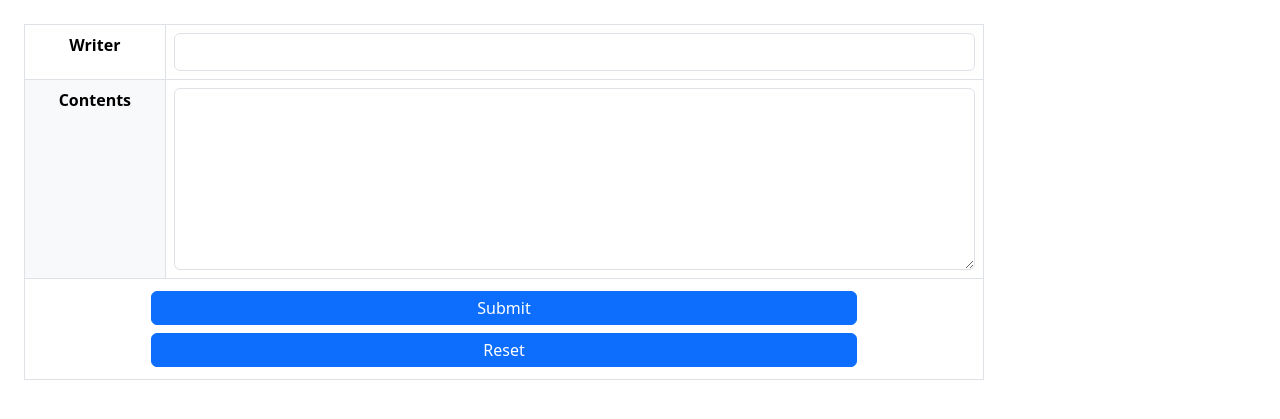
Repository: tomaters/servlets-JSP
Page: jsptest/src/main/webapp/bbs/write2.html
These files come from the project's save history. The page is drawn as it stood at one moment and after the next save; the edit follows.
The browser window is 1280 px wide. The pictures show the whole page.

Above is the page before, as saved 2023-11-29 05:59:06.

### jsptest/src/main/webapp/bbs/write2.html
<!DOCTYPE html>
<html>
<head>
<meta charset="UTF-8">
<title>Insert title here</title>
 <!-- import Bootstrap -->
    <link href="https://cdn.jsdelivr.net/npm/bootstrap@5.3.2/dist/css/bootstrap.min.css" rel="stylesheet">
    <script src="https://cdn.jsdelivr.net/npm/bootstrap@5.3.2/dist/js/bootstrap.bundle.min.js"></script>
</head>
<body>
<form method="post" action="/jsptest/visit">
      <table align="center" class="table text-center table-bordered table-hover p-2 m-4 w-75">
        <tr class="w-100 bg-dark">
            <th class="text-center">Writer</th>
        		<td>
        			<input type="text" name="writer" class="form-control">
        		</td>
        	</tr>
        <tr>
        	<th class="text-center bg-light">Contents</th>
        	<td>
          		<textarea rows="7" cols="50" name="memo" class="form-control"></textarea>
         	</td>
        </tr>
        <tr>
         <td colspan="2" align="center">
           <input type="submit" class="btn btn-primary w-75 p-1 m-1" value="Submit">
           <input type="reset" class="btn btn-primary w-75 p-1 m-1" value="Reset">
         </td>
         </tr>
    </table>
    </form>
</body>
</html>

After the next save:
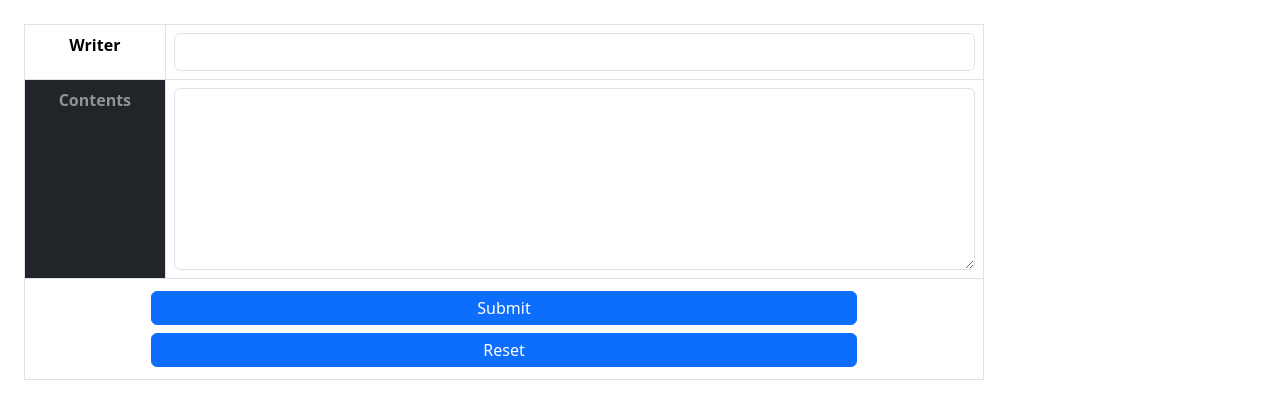
Saved 25 s later.
--- a/jsptest/src/main/webapp/bbs/write2.html
+++ b/jsptest/src/main/webapp/bbs/write2.html
@@ -17,7 +17,7 @@
         		</td>
         	</tr>
         <tr>
-        	<th class="text-center bg-light">Contents</th>
+        	<th class="text-center bg-dark text-white-50">Contents</th>
         	<td>
           		<textarea rows="7" cols="50" name="memo" class="form-control"></textarea>
          	</td>

After the save that followed:
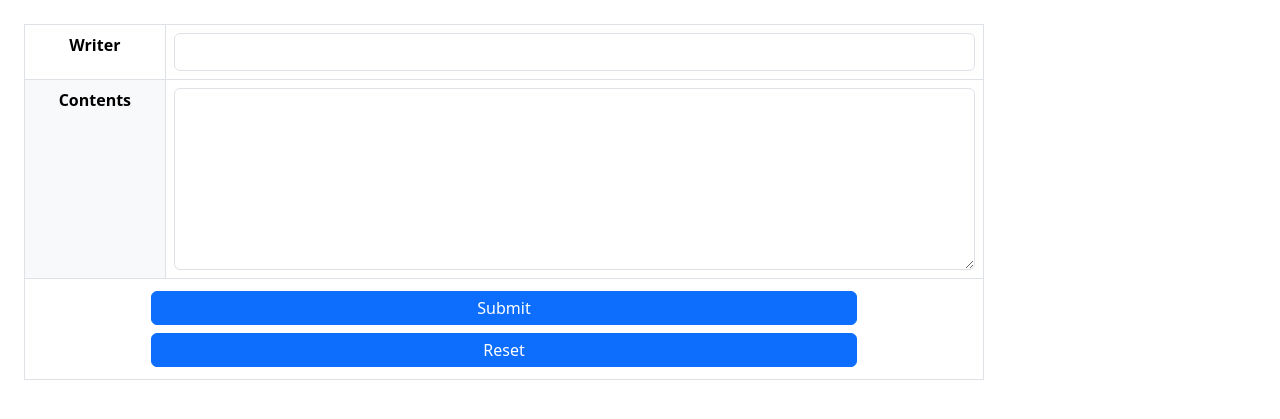
Saved 23 s later.
--- a/jsptest/src/main/webapp/bbs/write2.html
+++ b/jsptest/src/main/webapp/bbs/write2.html
@@ -17,7 +17,7 @@
         		</td>
         	</tr>
         <tr>
-        	<th class="text-center bg-dark text-white-50">Contents</th>
+        	<th class="text-center bg-light">Contents</th>
         	<td>
           		<textarea rows="7" cols="50" name="memo" class="form-control"></textarea>
          	</td>
